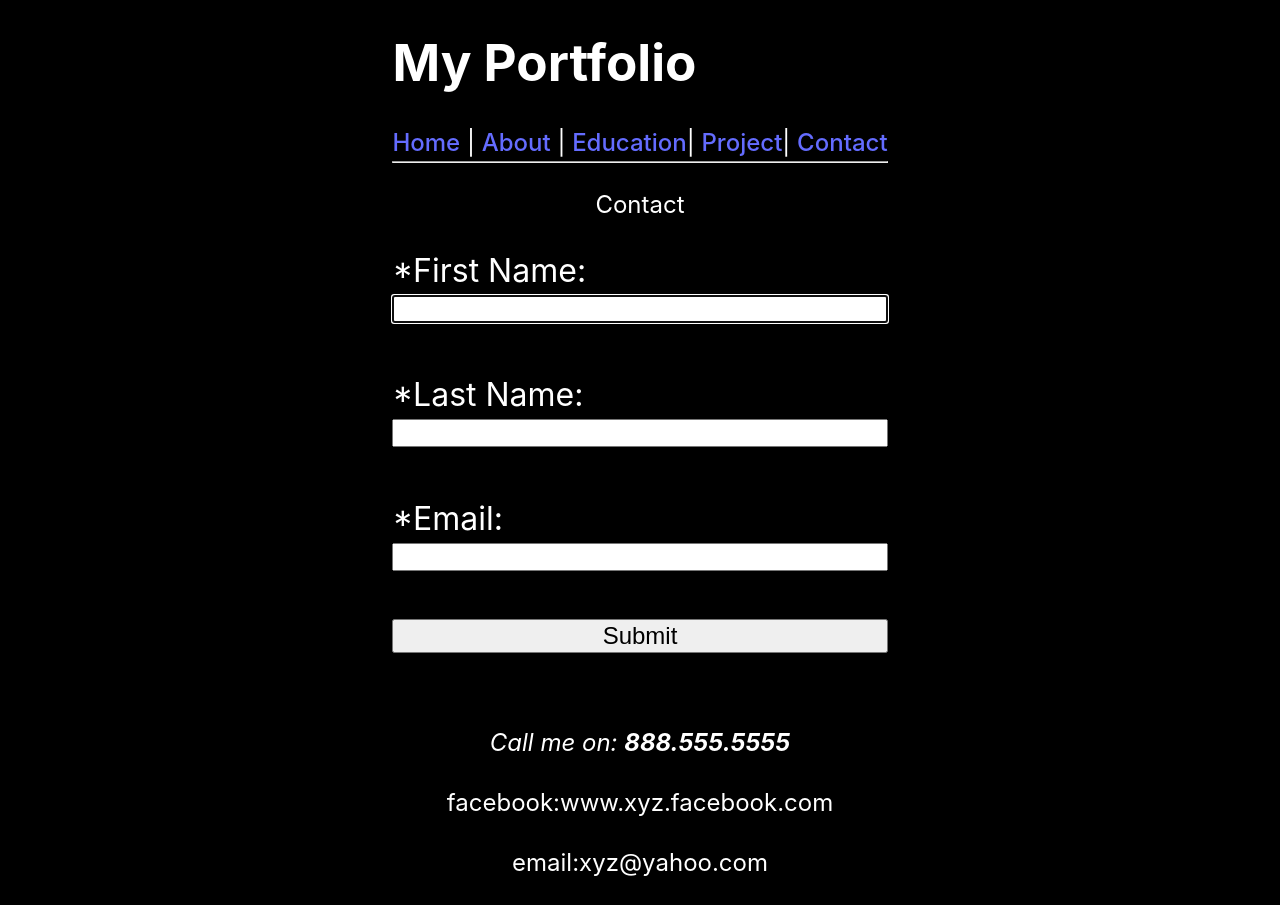
Repository: FelixChung29/ChunWaiChung_COMP229Lab2
Page: /contact (app in client/)
The author's editor kept a copy of each file at every save. The page is drawn from the files as they stood at one save, then again after the next save.
The browser window is 1280 px wide. The pictures show the whole page.
Pictures or frames that could not be fetched are drawn as grey boxes. The project was rebuilt for these pictures with package versions that can differ from the ones it lists, and the page was loaded fresh each time. Also part of the build but not shown: client/vite.config.js, client/components/Home.jsx, client/src/about.css, client/src/about.jsx, client/src/education.jsx, client/src/project.css, client/src/project.jsx.

Above is the page before, as saved 2024-10-05 12:56:22.

After the next save:
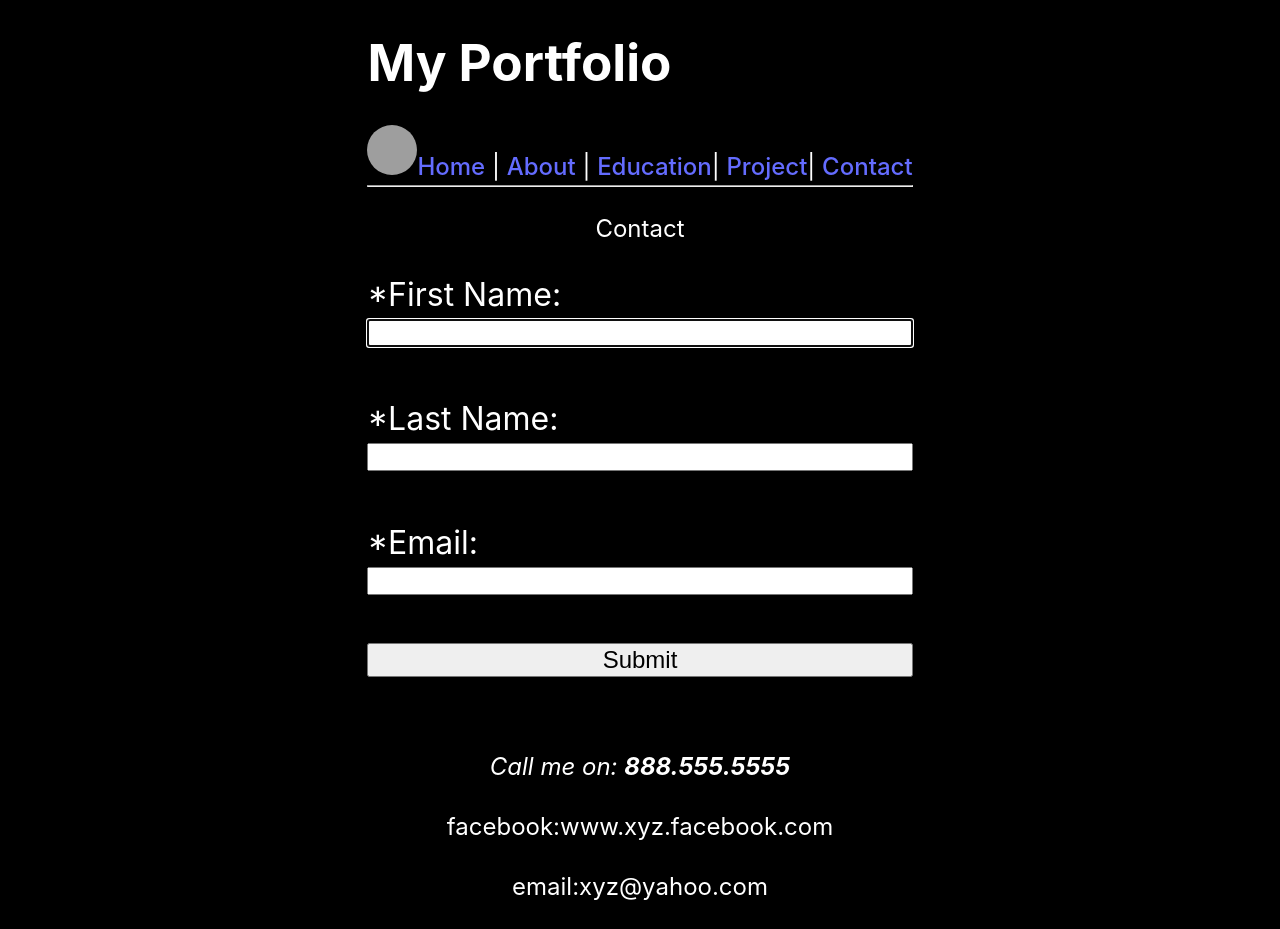
Saved 9 s later.
--- a/client/components/layout.jsx
+++ b/client/components/layout.jsx
@@ -8,7 +8,7 @@
  <h1>My Portfolio</h1>
 
  <nav>
-
+ < img src={football1}alt="football" className="football" width="50px" height="50px"/>
  <Link to="/">Home</Link> | <Link to="/about">About</Link> | <Link to="/education">Education</Link>| <Link to="/project">Project</Link>| <Link to="/contact">Contact</Link>
  </nav>
 <br/>

After the 2 saves that followed:
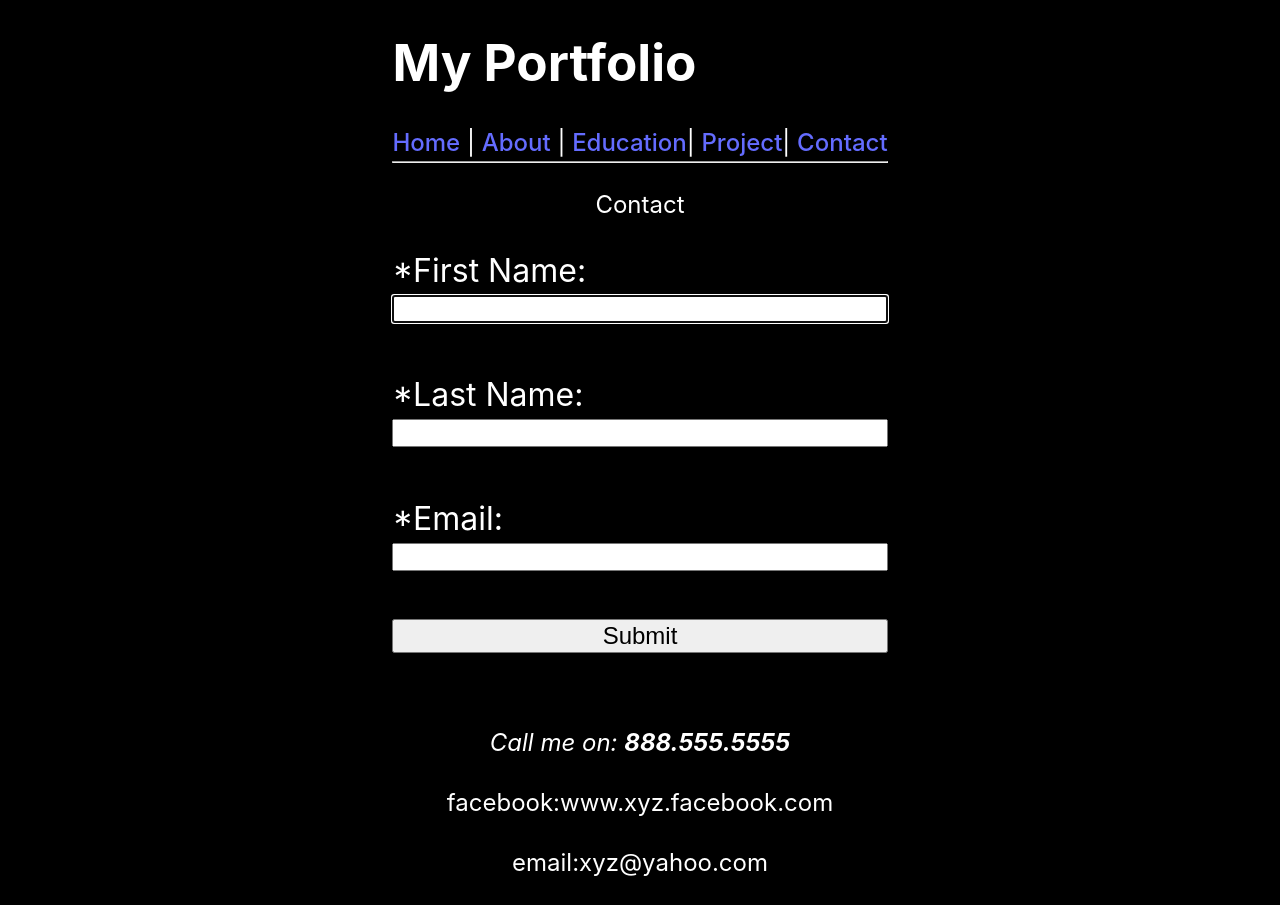
The 2 saves are shown as one change because they came seconds apart.
The last was saved 27 s later.
--- a/client/components/layout.jsx
+++ b/client/components/layout.jsx
@@ -8,7 +8,7 @@
  <h1>My Portfolio</h1>
 
  <nav>
- < img src={football1}alt="football" className="football" width="50px" height="50px"/>
+
  <Link to="/">Home</Link> | <Link to="/about">About</Link> | <Link to="/education">Education</Link>| <Link to="/project">Project</Link>| <Link to="/contact">Contact</Link>
  </nav>
 <br/>
